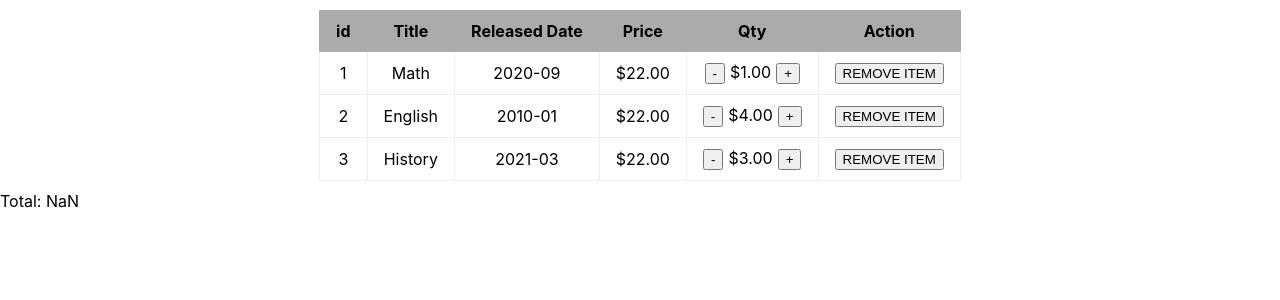
Repository: vgg1kkh/myBookStoreBasket
Page: /
The author's editor kept a copy of each file at every save. The page is drawn from the files as they stood at one save, then again after a run of saves.
The browser window is 1280 px wide. The pictures show the whole page.
The project was rebuilt for these pictures with package versions that can differ from the ones it lists, and the page was loaded fresh each time.

Above is the page before, as saved 2021-10-07 16:17:01.

After the next 2 saves:
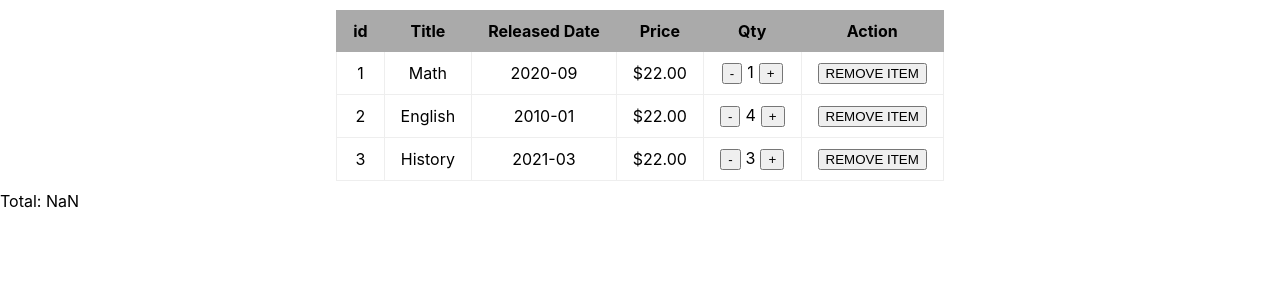
The 2 saves are shown as one change because they came seconds apart.
The last was saved 41 s later.
--- a/src/App.js
+++ b/src/App.js
@@ -50,7 +50,7 @@ export default class App extends Component {
                     <td>
                       <button>-</button>
                       <span className="book-qty">
-                        {formatPrice(item.number)}
+                        {item.number}
                       </span>
                       <button>+</button>
                     </td>
